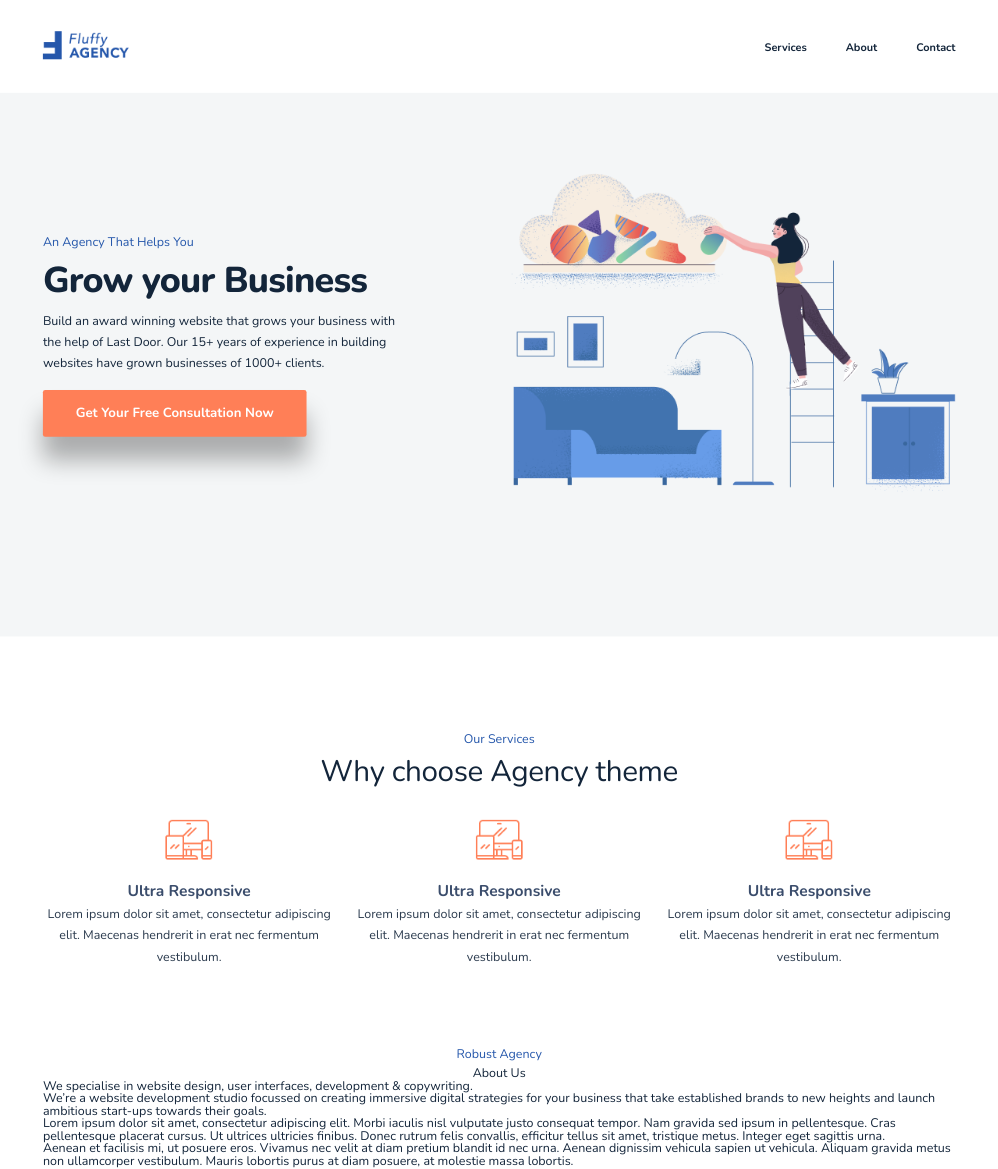
Repository: pixendrit/beetroot-fe-g1
Page: classwork/11 - Creating forms/fluffy-agency/index.html
The author's editor kept a copy of each file at every save. The page is drawn from the files as they stood at one save, then again after the next save.
The browser window is 1280 px wide. The pictures show the whole page, at 78% of full size.

Above is the page before, as saved 2021-02-06 12:28:57.

After the next save:
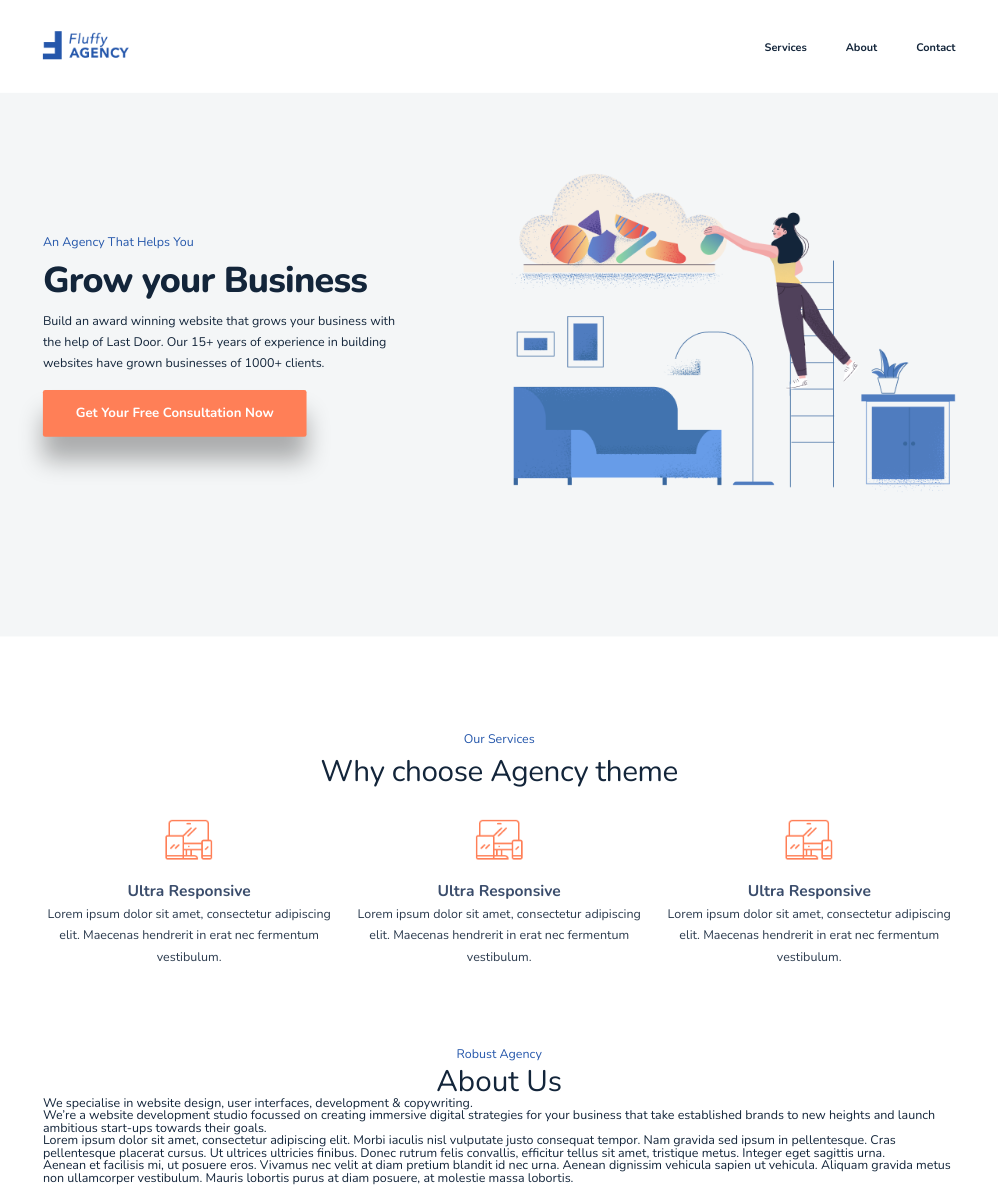
Saved 9 s later.
--- a/classwork/11 - Creating forms/fluffy-agency/styles/style.css
+++ b/classwork/11 - Creating forms/fluffy-agency/styles/style.css
@@ -209,4 +209,7 @@
   width: 100%;
   text-align: center;
 }
+.abouts__heading h2 {
+  font-size: 38px;
+}
 /* END ABOUT US */
